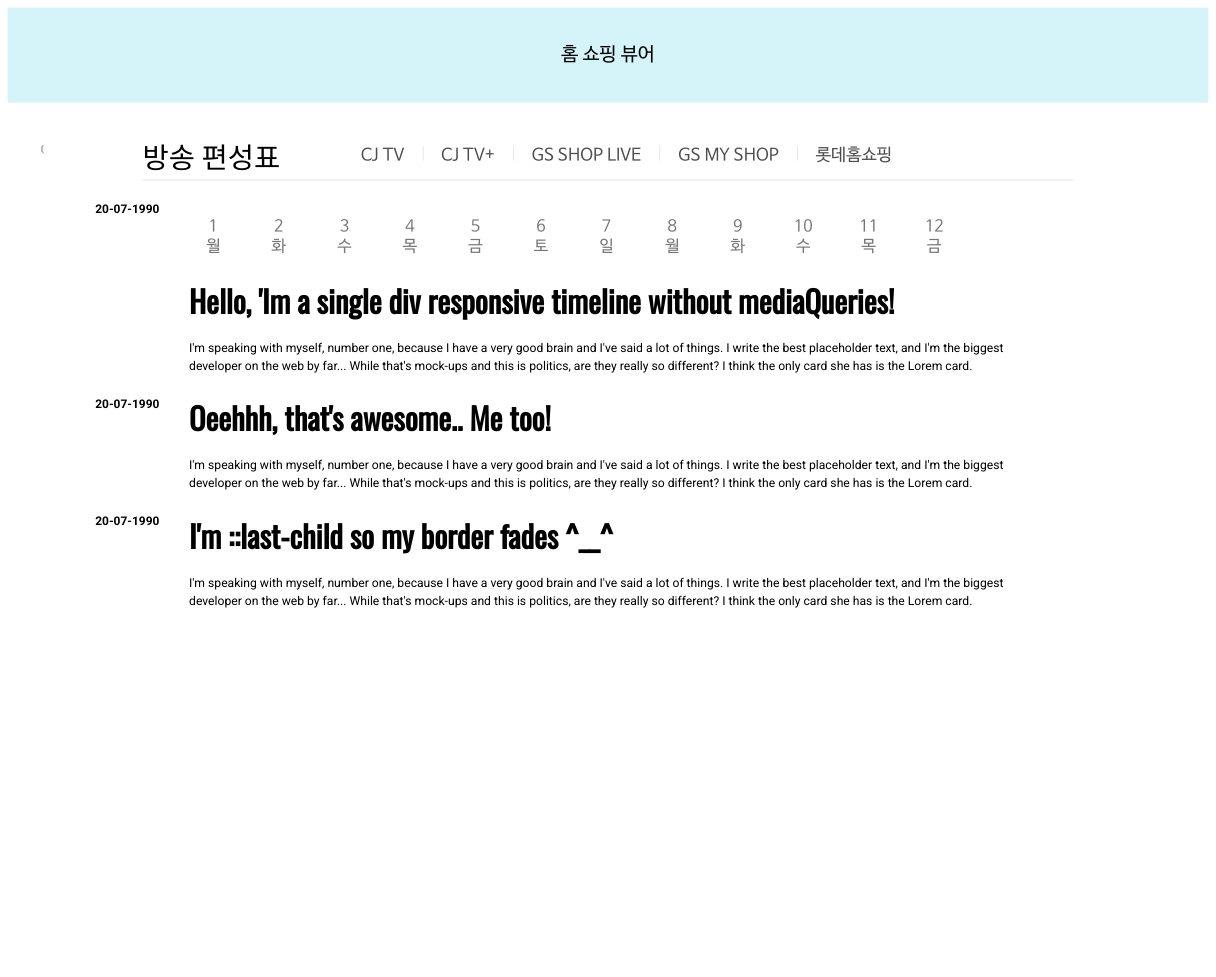
Repository: Kds010/HomeShopping
Page: http://localhost/index
The author's editor kept a copy of each file at every save. The page is drawn from the files as they stood at one save, then again after the next save.
The browser window is 1280 px wide. The pictures show the whole page, at 95% of full size.
The page is this project's Thymeleaf template; nobody is signed in. The template is opened directly, without the code that normally fills it, so the values that code supplies are empty.

Above is the page before, as saved 2021-12-18 10:07:02.

### homeshopping/src/main/resources/templates/index.html
<!DOCTYPE html>
<html xmlns:th="http://www.thymeleaf.org">
<head>
<meta charset="UTF-8">
<title>SC쇼핑바라기</title>
</head>
<body>
<div id="wrap">
	<th:block th:replace="header.html"></th:block>
	<div id="container">
		<div class="content">
			<div class="fiexd_wrap">
				<div class="fixed_wrap_div">
					<h2 class="fiexd_wrap_tit">방송 편성표</h2>
					<ul class="ch_list_tab" id="ch_list_tab">
						<li class="">CJ TV</li>
						<li class="">CJ TV+</li>
						<li class="">GS SHOP LIVE</li>
						<li class="">GS MY SHOP</li>
						<li class="">롯데홈쇼핑</li>
					</ul>
				</div>
				<ul class="list_date" id="scheduleDate">
					<li data-dt="20211201">
						<a href="javascript:;" class="date_cont">
							<span class="num_date">1</span>
							<span class="txt_date">월</span></a></li>
					<li data-dt="20211202">
						<a href="javascript:;" class="date_cont">
							<span class="num_date">2</span>
							<span class="txt_date">화</span></a></li>
					<li data-dt="20211203">
						<a href="javascript:;" class="date_cont">
							<span class="num_date">3</span>
							<span class="txt_date">수</span></a></li>
					<li data-dt="20211204">
						<a href="javascript:;" class="date_cont">
							<span class="num_date">4</span>
							<span class="txt_date">목</span></a></li>
					<li data-dt="20211205">
						<a href="javascript:;" class="date_cont">
							<span class="num_date">5</span>
							<span class="txt_date">금</span></a></li>
					<li data-dt="20211206">
						<a href="javascript:;" class="date_cont">
							<span class="num_date">6</span>
							<span class="txt_date">토</span></a></li>
					<li data-dt="20211207">
						<a href="javascript:;" class="date_cont">
							<span class="num_date">7</span>
							<span class="txt_date">일</span></a></li>
					<li data-dt="20211208">
						<a href="javascript:;" class="date_cont">
							<span class="num_date">8</span>
							<span class="txt_date">월</span></a></li>
					<li data-dt="20211209">
						<a href="javascript:;" class="date_cont">
							<span class="num_date">9</span>
							<span class="txt_date">화</span></a></li>
					<li data-dt="20211210">
						<a href="javascript:;" class="date_cont">
							<span class="num_date">10</span>
							<span class="txt_date">수</span></a></li>
					<li data-dt="20211211">
						<a href="javascript:;" class="date_cont">
							<span class="num_date">11</span>
							<span class="txt_date">목</span></a></li>
					<li data-dt="20211212">
						<a href="javascript:;" class="date_cont">
							<span class="num_date">12</span>
							<span class="txt_date">금</span></a></li>
				</ul>
			</div>



		<div class="container2">

			<div class="timeline-item" date-is='20-07-1990'>
				<h1>Hello, 'Im a single div responsive timeline without mediaQueries!</h1>
				<p>
					I'm speaking with myself, number one, because I have a very good brain and I've said a lot of things. I write the best placeholder text, and I'm the biggest developer on the web by far... While that's mock-ups and this is politics, are they really so different? I think the only card she has is the Lorem card.
				</p>
			</div>

			<div class="timeline-item" date-is='20-07-1990'>
				<h1>Oeehhh, that's awesome.. Me too!</h1>
				<p>
					I'm speaking with myself, number one, because I have a very good brain and I've said a lot of things. I write the best placeholder text, and I'm the biggest developer on the web by far... While that's mock-ups and this is politics, are they really so different? I think the only card she has is the Lorem card.
				</p>
			</div>

			<div class="timeline-item" date-is='20-07-1990'>
				<h1>I'm ::last-child so my border fades ^__^</h1>
				<p>
					I'm speaking with myself, number one, because I have a very good brain and I've said a lot of things. I write the best placeholder text, and I'm the biggest developer on the web by far... While that's mock-ups and this is politics, are they really so different? I think the only card she has is the Lorem card.
				</p>
			</div>

		</div>

		</div>
	</div>
</div>
</body>
</html>

### homeshopping/src/main/resources/templates/header.html
<!DOCTYPE html>
<html>
<head>
<meta charset="UTF-8">
<link rel="stylesheet" type="text/css" href="/css/main.css">
<link rel="stylesheet" type="text/css" href="/css/font.css">
<script src="/js/jquery-3.6.0.js" defer></script>
<script src="/js/index.js" defer></script>
</head>
<body>
<div class="header">
	<div class="header-content">
		홈 쇼핑 뷰어
	</div>
</div>
</body>
</html>

### homeshopping/src/main/resources/static/css/main.css
@charset "UTF-8";

/* // ----------------  THE BASICS */

@import url('https://fonts.googleapis.com/css?family=Oswald|Roboto:400,700');

/* // ----------------  THE FONTS */

h1, h2, h3, h4, h5, h6 {
	font-family: 'Oswald', sans-serif;
}

h1 {
	font-size: 2rem;
	margin-bottom: .5em;
}

p {
	font-family: 'Roboto', sans-serif;
	font-size: .8rem;
}


body{
	font-family: 'NanumBarunGothic', sans-serif;
    /* font-size: 12px; */
    font-size: 14px;
    line-height: 1.5;
}


div{
	display:block;
}

li, ol, ul{
	list-style: none;
}

li{
	display: list-item;
    text-align: -webkit-match-parent;
}

ul{
	list-style-type: disc;
}

a{
	color: inherit;
    text-decoration: none;
}

/* h1, h2, h3, h4, h5, h6{
	display: block;
    font-size: 1.5em;
    margin-block-start: 0.83em;
    margin-block-end: 0.83em;
    margin-inline-start: 0px;
    margin-inline-end: 0px;
    font-weight: bold;
} */

#wrap{
	min-width: 1240px;
}

.header {
	display: flex;
	background: #D4F4FA;
	width: 100%;
	height: 100px;
	font-size:20px;
	text-align: center;
}

.header-content{
    width: 1180px;
    margin: auto;
}

#container{
	position: relative;
    width: 1180px;
    min-height: 802px;
    margin: 0 auto;
    padding-bottom: 80px;
    zoom: 1;
}

.content{
	width:980px;
	margin:0 auto;
}

.fiexd_wrap{
	width:980px;
	margin-top: 30px;
}

.fixed_wrap_div{
	overflow: hidden;
	margin-bottom: 10px;
	border-bottom: 1px solid #e5e5e5;
}


.fiexd_wrap_tit{
	float: left;
    margin-top: 3px;
    margin-bottom: 3px;
    font-weight: 400;
    font-size: 30px;
    line-height: 1.5;
}

.ch_list_tab{
	overflow: hidden;
    float: left;
    margin: 12px 0 0 6px;
}

.ch_list_tab li{
	position: relative;
    float: left;
    margin-left: 39px;
    font-size: 18px;
    color: #4d4d4d;
    text-decoration: none;
}

.ch_list_tab li:nth-child(1):after {
    content: normal;
}

.ch_list_tab li:after {
	position: absolute;
    top: 4px;
    left: -20px;
    width: 1px;
    height: 15px;
    background-color: #e6e6e6;
    content: '';
}

.list_date li{
	vertical-align: top;
	float: left;
    padding: 10px 3px;
    color: #767676;
    text-align: center;
    margin:0;
}

.list_date .date_cont{
	display: block;
    width: 31px;
    padding: 14px 16px 10px;
    font-size: 17px;
    line-height: 21px;
    text-decoration: none;
}

.list_date .num_date{
	display: block;
    height: 20px;
}

.list_date .txt_date{
	display: block;
    line-height: 24px;
}



/* // ----------------  LAYOUT */

.container2 {
	max-width: 1024px;
	width: 90%;
	margin: 0 auto;
}

/* // ----------------  THE FONTS */

$border-color: rgba(black, .3);

.timeline-item {
	padding: 3em 2em 2em;
	position: relative;
	color: rgba(black, .7);
	/* border-left: 2px solid $border-color; */
	border-left: 2px solid rgba(0, 0, 0, 0.3);
}
.timeline-item::before {
		content: attr(date-is);
		position: absolute;
		left: 4em;
		font-weight: bold;
		/* top: 1em; */
		display: block;
		font-family: 'Roboto', sans-serif;
		font-weight: 700;
		font-size: .785rem;
	}

.timeline-item::after {
		width: 10px;
		height: 10px;
		display: block;
		top: 1em;
		position: absolute;
		left: -7px;
		border-radius: 10px;
		content: '';
		/* border: 2px solid $border-color; */
		border-left: 2px solid rgba(0, 0, 0, 0.3);
		background: white;
	}

.timeline-item:last-child {
			border-image: linear-gradient(to bottom, rgba(0, 0, 0, 0.3) 60%, rgba(0, 0, 0, 0)) 1 100%;
		;
	}
}

.timeline-item	p {
		font-size: 1rem;
}

### homeshopping/src/main/resources/static/css/font.css
@charset "UTF-8";
@font-face {
    font-family: 'NanumBarunGothic';
    src:url('/fonts/NanumBarunGothic.ttf') format('woff'),
        url('/fonts/NanumBarunGothic.ttf') format('woff2');
    font-weight: 400;
}

Loaded but not shown: homeshopping/src/main/resources/static/js/jquery-3.6.0.js (library); homeshopping/src/main/resources/static/js/index.js (no copy from this time; the picture is the same without it)

After the next save:
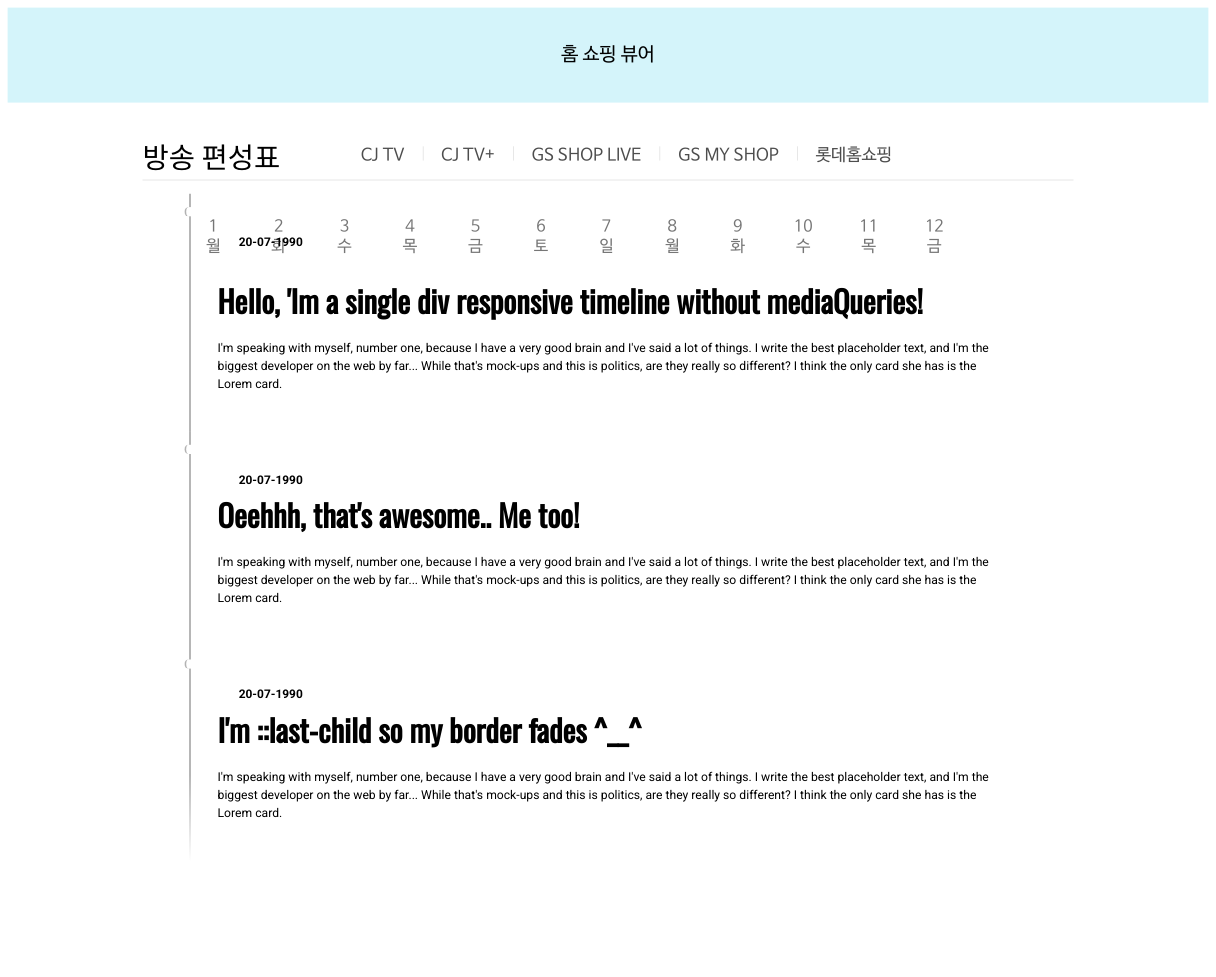
Saved 14 s later.
--- a/homeshopping/src/main/resources/static/css/main.css
+++ b/homeshopping/src/main/resources/static/css/main.css
@@ -183,7 +183,7 @@ a{
 
 /* // ----------------  THE FONTS */
 
-$border-color: rgba(black, .3);
+/* $border-color: rgba(black, .3); */
 
 .timeline-item {
 	padding: 3em 2em 2em;
